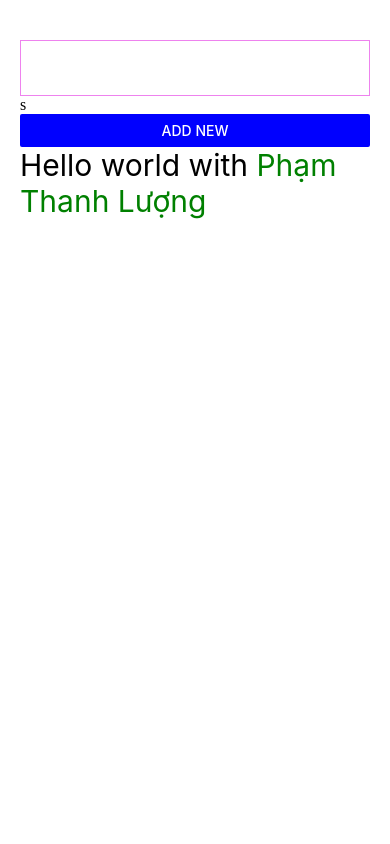
Repository: LuongPTCE181311/React-Native-Ultimate
Screen: /
These files come from the project's save history. The screen is drawn as it stood at one moment and after the next save; the edit follows.
The app was drawn by React Native's web renderer in a window 390 px wide. The project was rebuilt for these pictures with package versions that can differ from the ones it lists, and the page was loaded fresh each time. Some packages were replaced by stand-ins written for this rebuild.

Above is the screen before, as saved 2026-06-14 16:30:18.

After the next save:
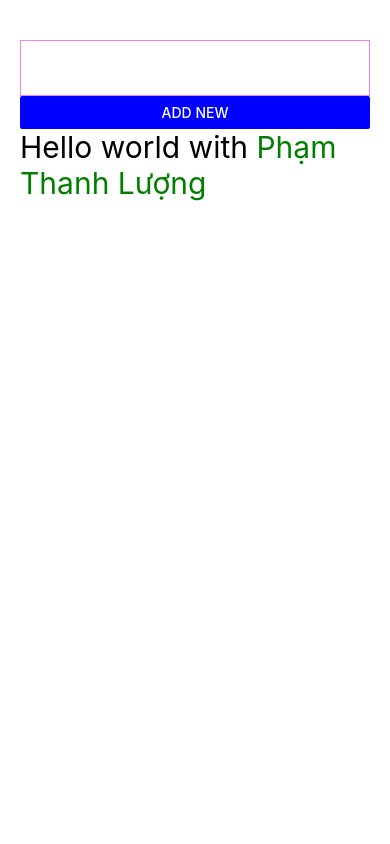
Saved 49 s later.
--- a/App.tsx
+++ b/App.tsx
@@ -24,7 +24,7 @@ export default function App() {
          onChangeText={value => setName(value)}
          value={name}
          style={styles.borderInput}/>
-        <Text style={styles.text} >{name}</Text>s
+        <Text style={styles.text} >{name}</Text>
       </View>
 
       <Button title='Add new' color={"blue"}/>
